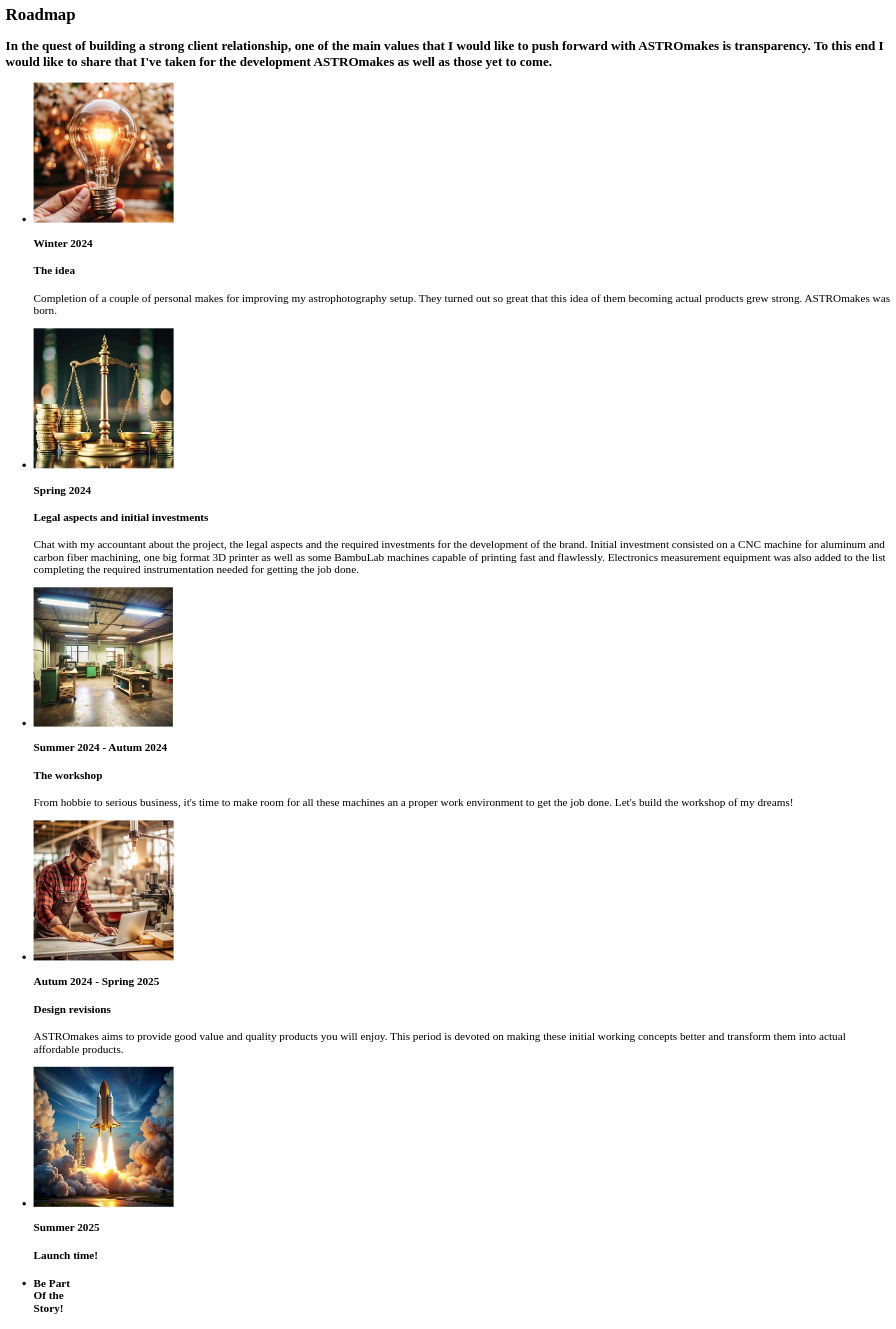
Repository: amazeika/astromakes-landing-page
Page: _includes/roadmap.html
An editor plug-in stored every save of this project. The page is shown before and after the next save, followed by the edit.
The browser window is 1280 px wide. The pictures show the whole page, at 70% of full size.

Above is the page before, as saved 2024-07-21 20:18:24.

### _includes/roadmap.html
<!-- About Section -->
    <section id="roadmap">
        <div class="container">
            <div class="row">
                <div class="col-lg-12 text-center">
                    <h2 class="section-heading">Roadmap</h2>
                    <h3 class="section-subheading text-muted">In the quest of building a strong client relationship, one of the main values that I would like to push forward with ASTROmakes is transparency. To this end I would like to share that I've taken for the development ASTROmakes as well as those yet to come.</h3>
                </div>
            </div>
            <div class="row">
                <div class="col-lg-12">
                    <ul class="timeline">
                        <li>
                            <div class="timeline-image">
                                <img class="img-circle img-responsive" src="img/about/1.jpg" alt="">
                            </div>
                            <div class="timeline-panel">
                                <div class="timeline-heading">
                                    <h4>Winter 2024</h4>
                                    <h4 class="subheading">The idea</h4>
                                </div>
                                <div class="timeline-body">
                                    <p class="text-muted">Completion of a couple of personal makes for improving my astrophotography setup. They turned out so great that this idea of them becoming actual products grew strong. ASTROmakes was born.</p>
                                </div>
                            </div>
                        </li>
                        <li class="timeline-inverted">
                            <div class="timeline-image">
                                <img class="img-circle img-responsive" src="img/about/2.jpg" alt="">
                            </div>
                            <div class="timeline-panel">
                                <div class="timeline-heading">
                                    <h4>Spring 2024</h4>
                                    <h4 class="subheading">Legal aspects and initial investments</h4>
                                </div>
                                <div class="timeline-body">
                                    <p class="text-muted">Chat with my accountant about the project, the legal aspects and the required investments for the development of the brand. Initial investment consisted on a CNC machine for aluminum and carbon fiber machining, one big format 3D printer as well as some BambuLab machines capable of printing fast and flawlessly. Electronics measurement equipment was also added to the list completing the required instrumentation needed for getting the job done.</p>
                                </div>
                            </div>
                        </li>
                        <li>
                            <div class="timeline-image">
                                <img class="img-circle img-responsive" src="img/about/3.jpg" alt="">
                            </div>
                            <div class="timeline-panel">
                                <div class="timeline-heading">
                                    <h4>Summer 2024 - Autum 2024</h4>
                                    <h4 class="subheading">The workshop</h4>
                                </div>
                                <div class="timeline-body">
                                    <p class="text-muted">From hobbie to serious business, it's time to make room for all these machines an a proper work environment to get the job done. Let's build the workshop of my dreams!</p>
                                </div>
                            </div>
                        </li>
                        <li class="timeline-inverted">
                            <div class="timeline-image">
                                <img class="img-circle img-responsive" src="img/about/4.jpg" alt="">
                            </div>
                            <div class="timeline-panel">
                                <div class="timeline-heading">
                                    <h4>Autum 2024 - Spring 2025</h4>
                                    <h4 class="subheading">Design revisions</h4>
                                </div>
                                <div class="timeline-body">
                                    <p class="text-muted">ASTROmakes aims to provide good value and quality products you will enjoy. This period is devoted on making these initial working concepts better and transform them into actual affordable products.</p>
                                </div>
                            </div>
                        </li>
                        <li>
                            <div class="timeline-image">
                                <img class="img-circle img-responsive" src="img/about/5.jpg" alt="">
                            </div>
                            <div class="timeline-panel">
                                <div class="timeline-heading">
                                    <h4>Summer 2025</h4>
                                    <h4 class="subheading">Launch time!</h4>
                                </div>
                                <div class="timeline-body">
                                    <p class="text-muted"></p>
                                </div>
                            </div>
                        </li>
                        <li class="timeline-inverted">
                            <div class="timeline-image">
                                <h4><a class="page-scroll" style="text-decoration: inherit; color: inherit;" href="#contact">Be Part
                                    <br>Of the
                                    <br>Story!</h4></a>
                            </div>
                        </li>
                    </ul>
                </div>
            </div>
        </div>
    </section>

After the next save:
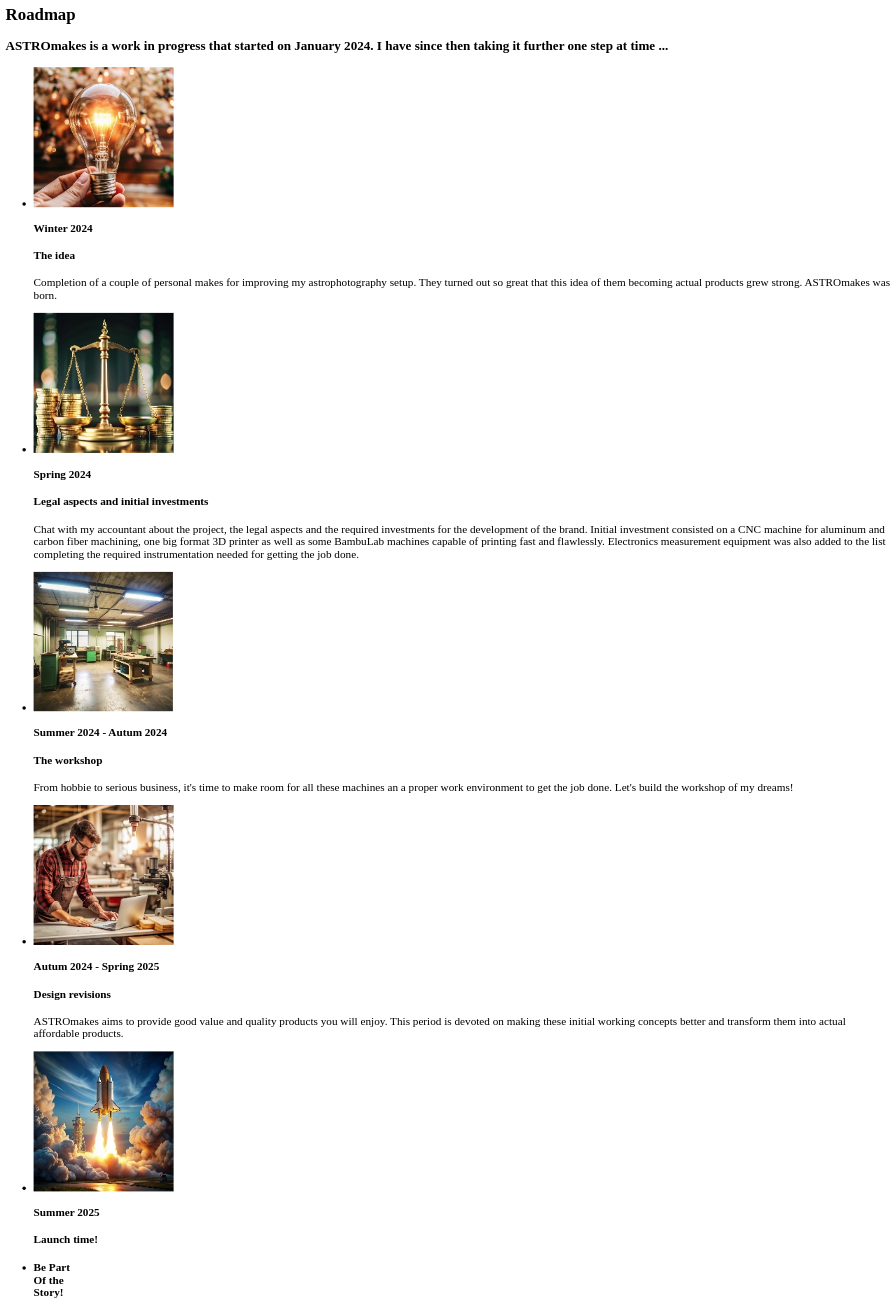
Saved 2 min 56 s later.
--- a/_includes/roadmap.html
+++ b/_includes/roadmap.html
@@ -4,7 +4,7 @@
             <div class="row">
                 <div class="col-lg-12 text-center">
                     <h2 class="section-heading">Roadmap</h2>
-                    <h3 class="section-subheading text-muted">In the quest of building a strong client relationship, one of the main values that I would like to push forward with ASTROmakes is transparency. To this end I would like to share that I've taken for the development ASTROmakes as well as those yet to come.</h3>
+                    <h3 class="section-subheading text-muted">ASTROmakes is a work in progress that started on January 2024. I have since then taking it further one step at time ...</h3>
                 </div>
             </div>
             <div class="row">
